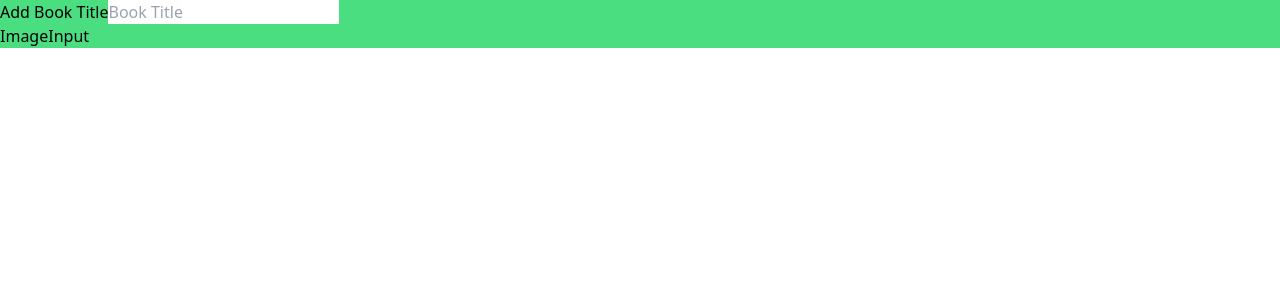
Repository: Marhamat92/booksappwithcontext
Page: /
These files come from the project's save history. The page is drawn as it stood at one moment and after the next save; the edit follows.
The browser window is 1280 px wide. The pictures show the whole page.
The project was rebuilt for these pictures with package versions that can differ from the ones it lists, and the page was loaded fresh each time. Also part of the build but not shown: src/App.css.

Above is the page before, as saved 2022-12-07 13:57:23.

After the next save:
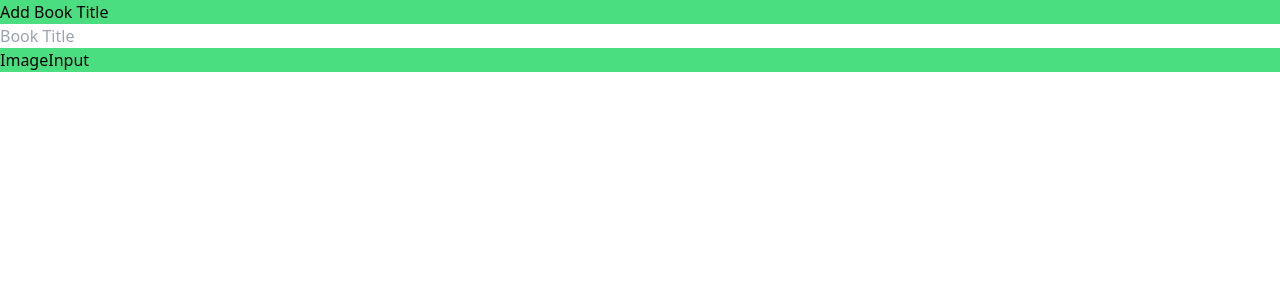
Saved 23 s later.
--- a/src/components/Inputs/TextInput.tsx
+++ b/src/components/Inputs/TextInput.tsx
@@ -7,7 +7,7 @@ type Props = {
 
 function TextInput({ label, placeholder }: Props) {
   return (
-    <div>
+    <div className='flex flex-col'>
       <label htmlFor='text'>{label}</label>
       <input type='text' placeholder={placeholder} />
     </div>
